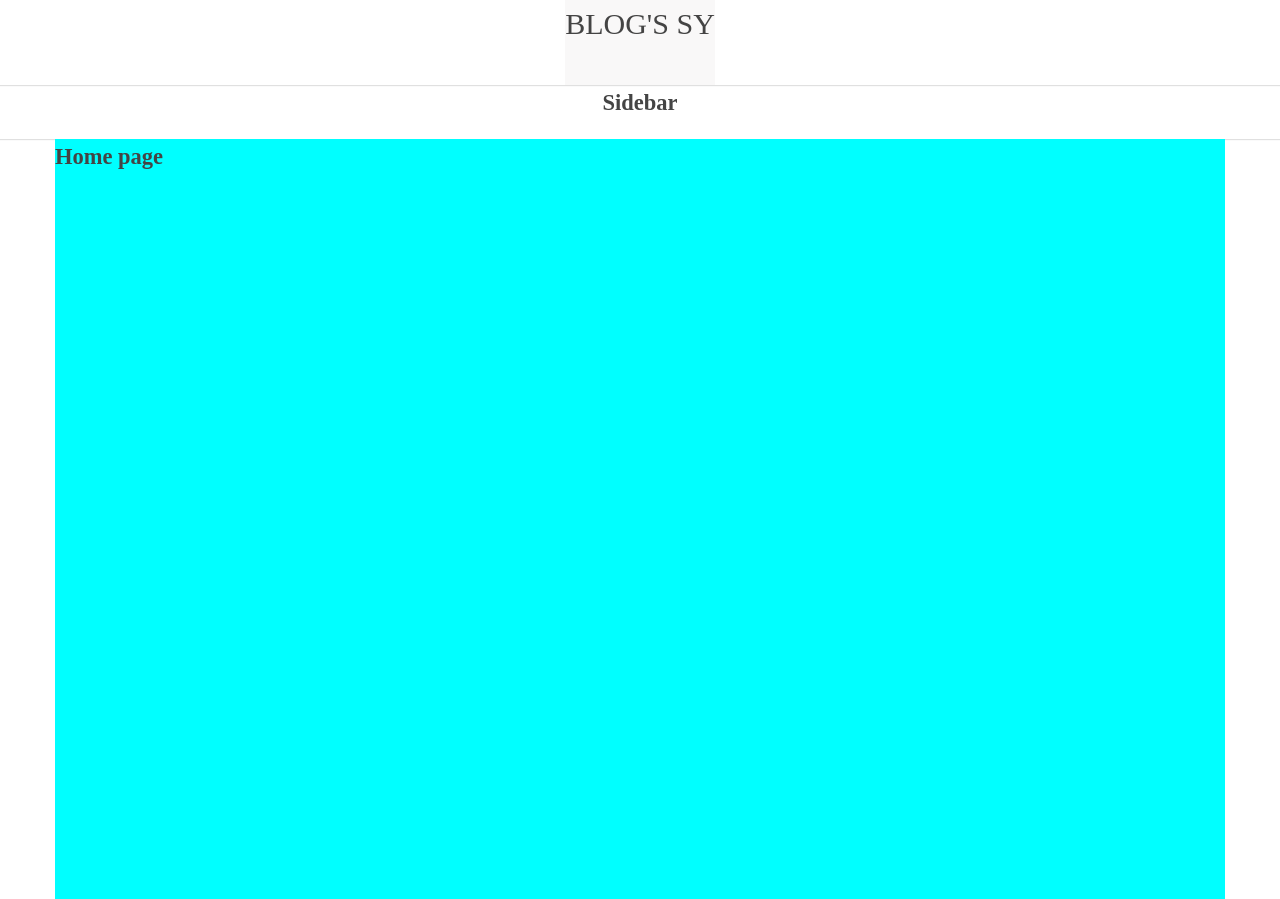
Repository: SyLe-Van/Make-Colorful
Page: /
An editor plug-in stored every save of this project. The page is shown before and after the next save, followed by the edit.
The browser window is 1280 px wide. The pictures show the whole page.
Some web fonts or font styles are not loaded; a fallback is used. The project was rebuilt for these pictures with package versions that can differ from the ones it lists, and the page was loaded fresh each time. Also part of the build but not shown: src/pages/cinema/index.js, src/pages/fashion/index.js, src/pages/grooming/index.js, src/pages/lifestyle/index.js, src/pages/contact/index.js.

Above is the page before, as saved 2023-10-10 21:00:52.

### src/index.js
import React from 'react';
import ReactDOM from 'react-dom/client';
import App from '~/App';
import reportWebVitals from './reportWebVitals';
import GlobalStyles from '~/components/GlobalStyles';
const root = ReactDOM.createRoot(document.getElementById('root'));
root.render(
    <React.StrictMode>
        <GlobalStyles>
            <App />
        </GlobalStyles>
    </React.StrictMode>,
);

// If you want to start measuring performance in your app, pass a function
// to log results (for example: reportWebVitals(console.log))
// or send to an analytics endpoint. Learn more: https://bit.ly/CRA-vitals
reportWebVitals();

### src/App.js
import { BrowserRouter as Router, Routes, Route } from 'react-router-dom';
import Home from '~/pages/home';
import Cinema from '~/pages/cinema';
import Fashion from '~/pages/fashion';
import Grooming from '~/pages/grooming';
import LifeStyle from '~/pages/lifestyle';
import { publicRoutes } from './routes';
import { Component } from 'react';
import { DefaultLayout } from '~/components/Layout';
import { Fragment } from 'react';
function App() {
    return (
        <Router>
            <div className="App">
                <Routes>
                    {publicRoutes.map((route, index) => {
                        const Layout = route.layout === null ? Fragment : DefaultLayout;
                        const Page = route.component;
                        return (
                            <Route
                                key={index}
                                path={route.path}
                                element={
                                    <Layout>
                                        <Page />
                                    </Layout>
                                }
                            />
                        );
                    })}
                </Routes>
            </div>
        </Router>
    );
}

export default App;

### src/routes/index.js
import Home from '~/pages/home';
import Cinema from '~/pages/cinema';
import Fashion from '~/pages/fashion';
import Grooming from '~/pages/grooming';
import LifeStyle from '~/pages/lifestyle';
import Contact from '~/pages/contact';
// dont need login to view
const publicRoutes = [
    { path: '/', component: Home },
    { path: '/cinema', component: Cinema },
    { path: '/fashion', component: Fashion },
    { path: '/grooming', component: Grooming },
    { path: '/lifestyle', component: LifeStyle },
    { path: '/contact', component: Contact, layout: null },
];

const privateRoutes = [];

export { publicRoutes, privateRoutes };

### src/components/GlobalStyles/GlobalStyles.scss
@import 'normalize.css';
@import url('https:; //fonts.googleapis.com/css2?family=Lato:ital,wght@0,400;0,700;1,400;1,700&family=Montserrat:ital,wght@0,400;0,700;1,400;1,700&family=Playfair+Display&family=Poppins:wght@300;400;600;700&display=swap');

:root {
    --primary: #f6f6f6;
}

* {
    box-sizing: border-box;
    margin: 0;
    padding: 0;
}
html {
    font-size: 40px;
}
body {
    font-family: 'Playfair Display', serif;
    line-height: 1.6;
    color: #444;
    font-size: 15px;
    text-rendering: optimizeSpeed;
}

### src/components/Layout/DefaultLayout/index.js
import Header from './Header';
import classNames from 'classnames/bind';
import styles from './DefaultLayout.module.scss';
import Sidebar from './Sidebar';

const cx = classNames.bind(styles);
function DefaultLayout({ children }) {
    return (
        <div className={cx('wrapper')}>
            <Header />
            <Sidebar />
            <div className={cx('container')}>
                <div className={cx('contain')}>{children}</div>
            </div>
        </div>
    );
}

export default DefaultLayout;

### src/components/Layout/DefaultLayout/Header/index.js
import styles from './Header.module.scss';
import classNames from 'classnames/bind';

const cx = classNames.bind(styles);

function Header() {
    return (
        <header className={cx('wrapper')}>
            <div className={cx('inner')}>BLOG'S SY</div>
        </header>
    );
}

export default Header;

### src/components/Layout/DefaultLayout/DefaultLayout.module.scss
.wrapper {
    display: flex;
    flex-direction: column;
    align-items: center;
}
.container {
    width: 1170px;
    height: 760px;
    background-color: aqua;
}

### src/components/Layout/DefaultLayout/Sidebar/index.js
import styles from './Sidebar.module.scss';
import classNames from 'classnames/bind';

const cx = classNames.bind(styles);

function Sidebar() {
    return (
        <aside className={cx('wrapper')}>
            <h2>Sidebar</h2>
        </aside>
    );
}

export default Sidebar;

### src/components/Layout/DefaultLayout/Header/Header.module.scss
.wrapper {
    height: 85px;
    width: 100%;
    box-shadow: 0px 1px 1px rgb(0 0 0 / 12%);
    display: flex;
    justify-content: center;
}
.inner {
    background-color: #f9f8f8;
    font-size: 30px;
    font-family: 'Playfair Display', serif;
    font-weight: 400;
    font-style: normal;
    text-align: center;
    justify-content: center;
}

### src/components/Layout/DefaultLayout/Sidebar/Sidebar.module.scss
.wrapper {
    height: 54px;
    width: 100%;
    box-shadow: 0px 1px 1px rgb(0 0 0 / 12%);
    display: flex;
    justify-content: center;
}

Loaded but not shown: public/index.html (common file); src/reportWebVitals.js (common file); src/components/GlobalStyles/index.js (common file); src/pages/home/index.js (common file); src/components/Layout/index.js (common file)

After the next save:
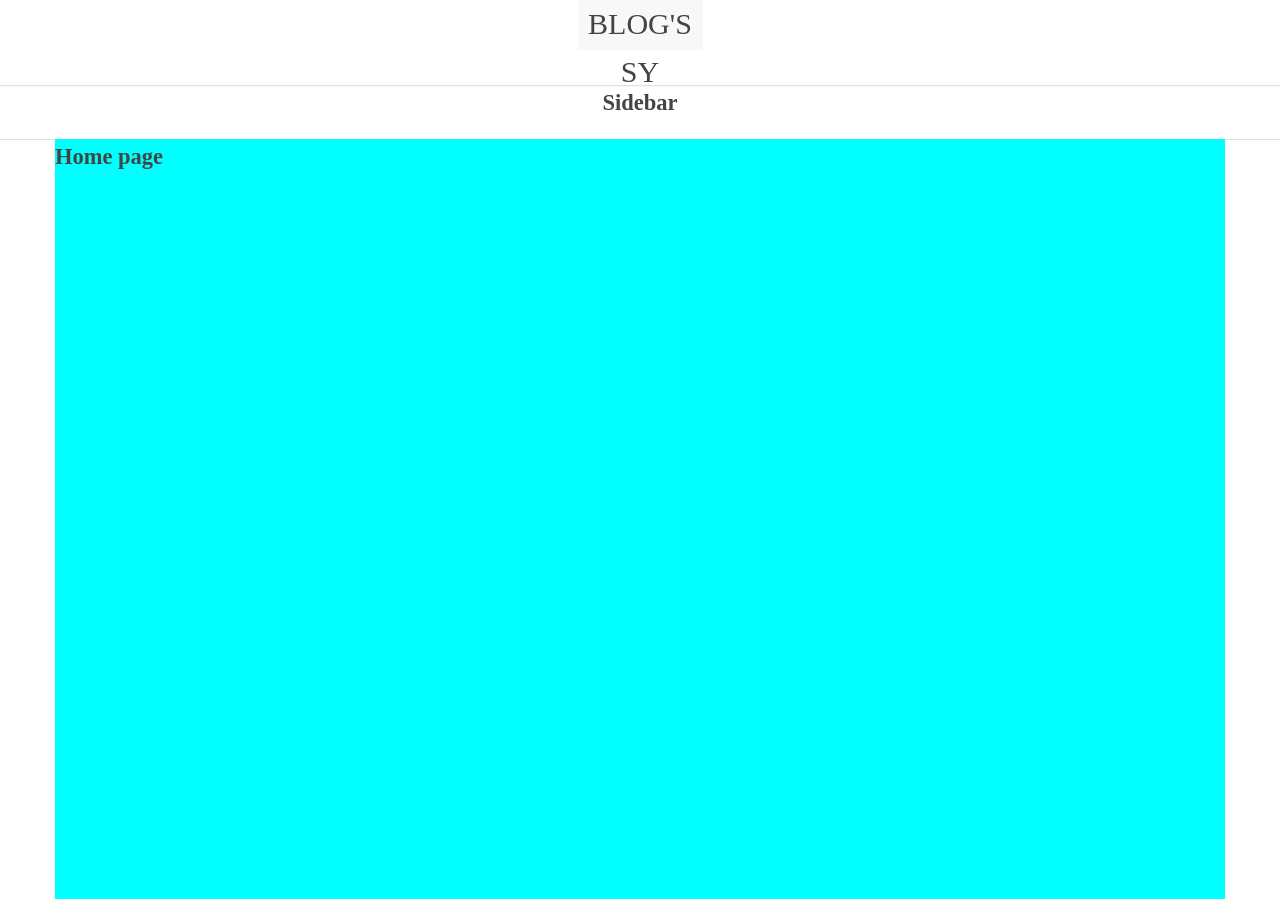
Saved 5 min 23 s later.
--- a/src/components/Layout/DefaultLayout/Header/Header.module.scss
+++ b/src/components/Layout/DefaultLayout/Header/Header.module.scss
@@ -6,6 +6,8 @@
     justify-content: center;
 }
 .inner {
+    width: 125px;
+    height: 50px;
     background-color: #f9f8f8;
     font-size: 30px;
     font-family: 'Playfair Display', serif;
